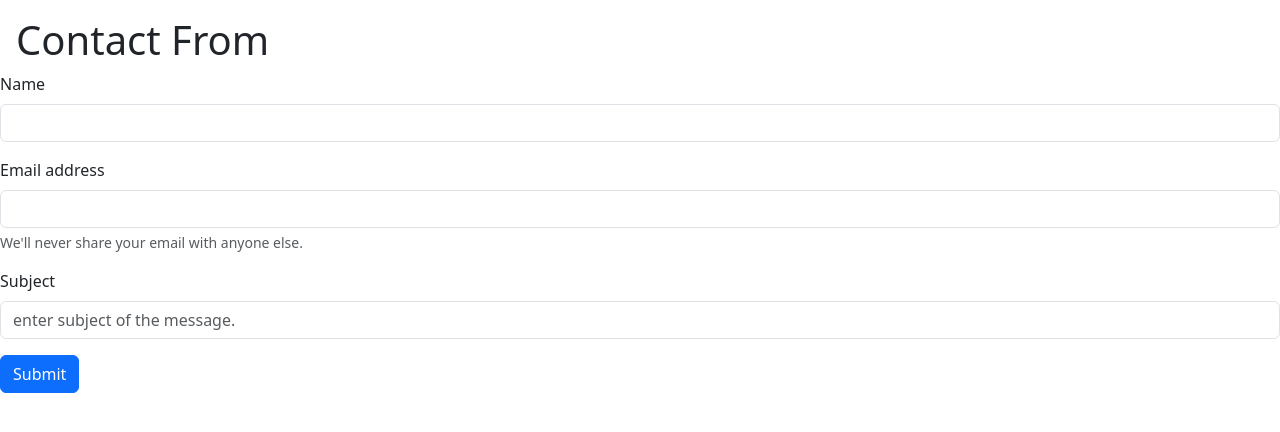
Repository: syni18/bootstrap_form
Page: index.html
An editor plug-in stored every save of this project. The page is shown before and after the next save, followed by the edit.
The browser window is 1280 px wide. The pictures show the whole page.

Above is the page before, as saved 2023-10-26 15:28:47.

### index.html
<!DOCTYPE html>
<html lang="en">
<head>
    <meta charset="UTF-8">
    <meta name="viewport" content="width=device-width, initial-scale=1.0">
    <link href="https://cdn.jsdelivr.net/npm/bootstrap@5.3.2/dist/css/bootstrap.min.css" rel="stylesheet" integrity="sha384-T3c6CoIi6uLrA9TneNEoa7RxnatzjcDSCmG1MXxSR1GAsXEV/Dwwykc2MPK8M2HN" crossorigin="anonymous">
    <title>Contact From</title>
</head>
<body>
    <h1 class="display-6 ms-3 mt-3">Contact From</h1>
    <form>
  <div class="mb-3">
    <label for="exampleInputName1" class="form-label">Name</label>
    <input type="name" class="form-control" id="exampleInputName1" aria-describedby="NameHelp">
  </div>
  <div class="mb-3">
    <label for="exampleInputEmail1" class="form-label">Email address</label>
    <input type="email" class="form-control" id="exampleInputEmail1" aria-describedby="emailHelp">
    <div id="emailHelp" class="form-text">We'll never share your email with anyone else.</div>
  </div>
  <div class="mb-3">
    <label for="exampleInputSubject1" class="form-label">Subject</label>
    <input type="text" class="form-control" id="exampleInputsubject1" aria-describedby="subjectHelp" placeholder="enter subject of the message.">
  </div>


  <button type="submit" class="btn btn-primary">Submit</button>
</form>
    <script src="https://cdn.jsdelivr.net/npm/bootstrap@5.3.2/dist/js/bootstrap.bundle.min.js" integrity="sha384-C6RzsynM9kWDrMNeT87bh95OGNyZPhcTNXj1NW7RuBCsyN/o0jlpcV8Qyq46cDfL" crossorigin="anonymous"></script>
</body>
</html>

After the next save:
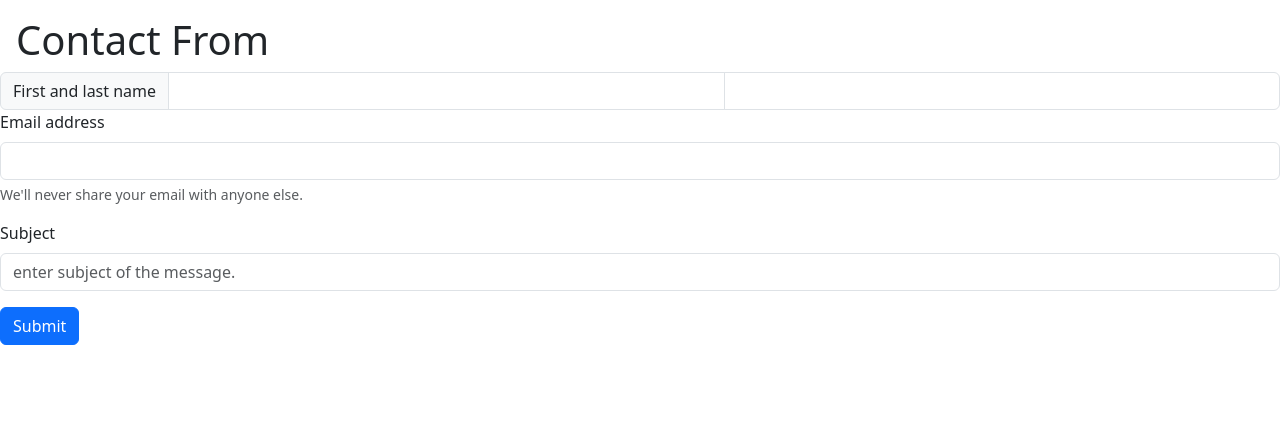
Saved 86 s later.
--- a/index.html
+++ b/index.html
@@ -9,10 +9,11 @@
 <body>
     <h1 class="display-6 ms-3 mt-3">Contact From</h1>
     <form>
-  <div class="mb-3">
-    <label for="exampleInputName1" class="form-label">Name</label>
-    <input type="name" class="form-control" id="exampleInputName1" aria-describedby="NameHelp">
-  </div>
+  <div class="input-group">
+  <span class="input-group-text">First and last name</span>
+  <input type="text" aria-label="First name" class="form-control">
+  <input type="text" aria-label="Last name" class="form-control">
+</div>
   <div class="mb-3">
     <label for="exampleInputEmail1" class="form-label">Email address</label>
     <input type="email" class="form-control" id="exampleInputEmail1" aria-describedby="emailHelp">

After the 3 saves that followed:
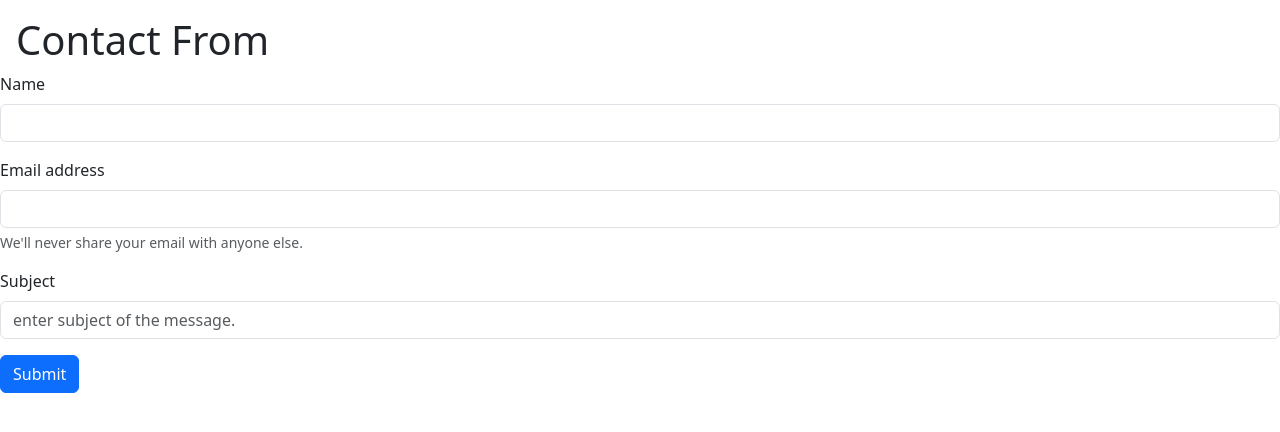
The 3 saves are shown as one change because 1 left the picture as it was and some came seconds apart.
The last was saved 107 s later.
--- a/index.html
+++ b/index.html
@@ -9,11 +9,10 @@
 <body>
     <h1 class="display-6 ms-3 mt-3">Contact From</h1>
     <form>
-  <div class="input-group">
-  <span class="input-group-text">First and last name</span>
-  <input type="text" aria-label="First name" class="form-control">
-  <input type="text" aria-label="Last name" class="form-control">
-</div>
+  <div class="mb-3">
+    <label for="exampleInputName1" class="form-label">Name</label>
+    <input type="name" class="form-control" id="exampleInputName1" aria-describedby="NameHelp">
+  </div>
   <div class="mb-3">
     <label for="exampleInputEmail1" class="form-label">Email address</label>
     <input type="email" class="form-control" id="exampleInputEmail1" aria-describedby="emailHelp">
